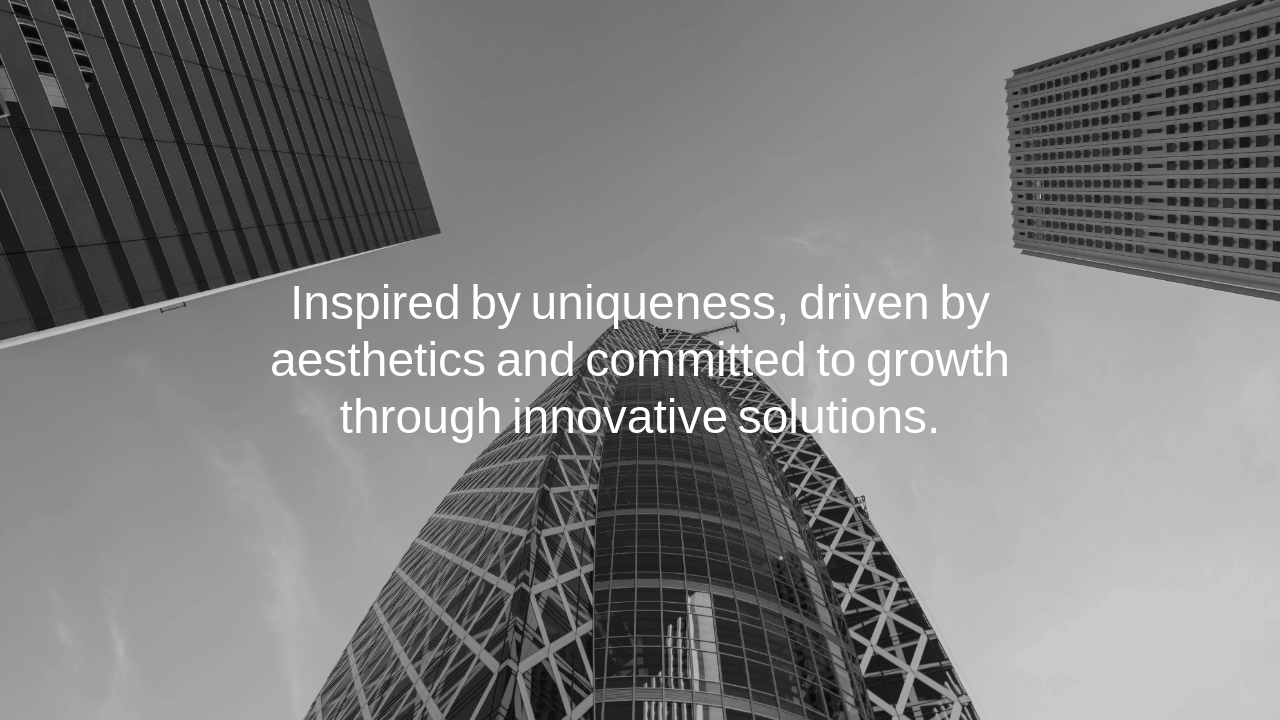
Repository: leswisss/comingsoon
Page: /
An editor plug-in stored every save of this project. The page is shown before and after the next save, followed by the edit.
The browser window is 1280 px wide. The pictures show the whole page.
Some web fonts or font styles are not loaded; a fallback is used. The project was rebuilt for these pictures with package versions that can differ from the ones it lists, and the page was loaded fresh each time. The framework's server and built-in components were replaced by stand-ins that run in the browser. Also part of the build but not shown: next.config.mjs.

Above is the page before, as saved 2024-06-16 16:00:31.

After the next save:
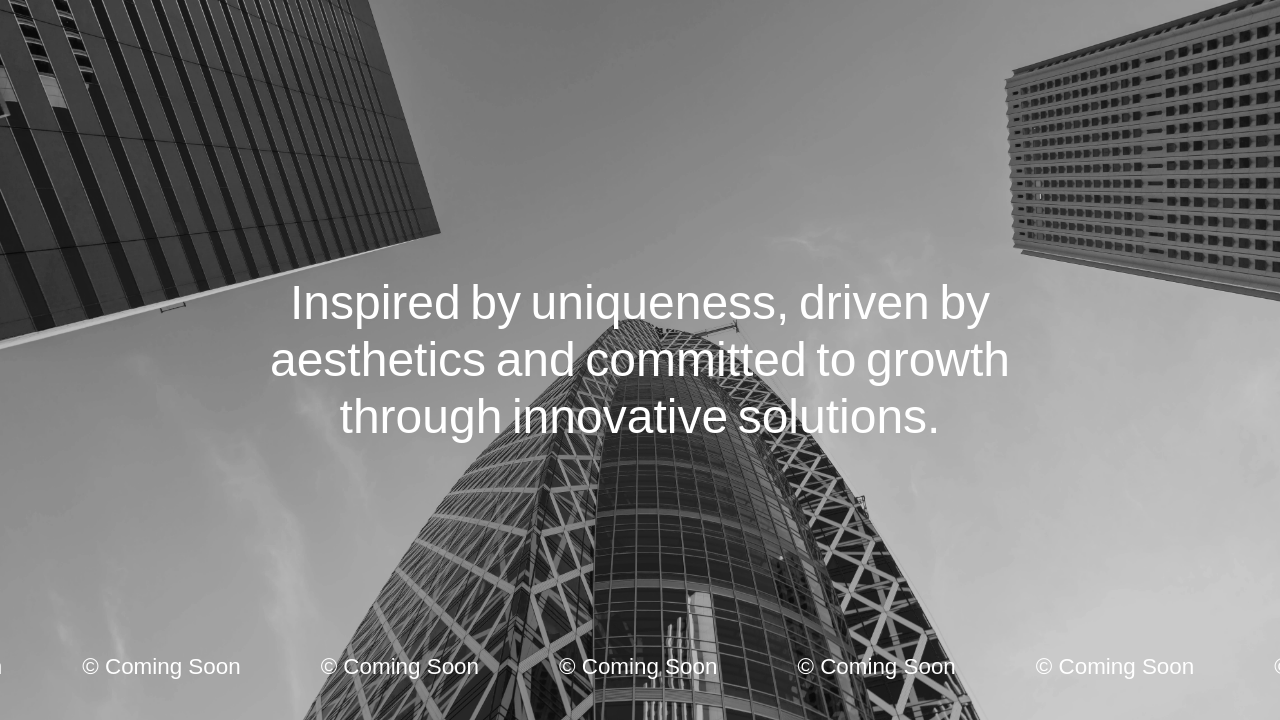
Saved 26 s later.
--- a/components/Marquee.tsx
+++ b/components/Marquee.tsx
@@ -18,7 +18,7 @@ const Marquee = () => {
   const animation = () => {
     gsap.set(firstRef.current, {xPercent: xPercent})
     gsap.set(secondRef.current, {xPercent: xPercent})
-    xPercent += 0.8 * direction;
+    xPercent += 0.05 * direction;
     requestAnimationFrame(animation)
   }
 
